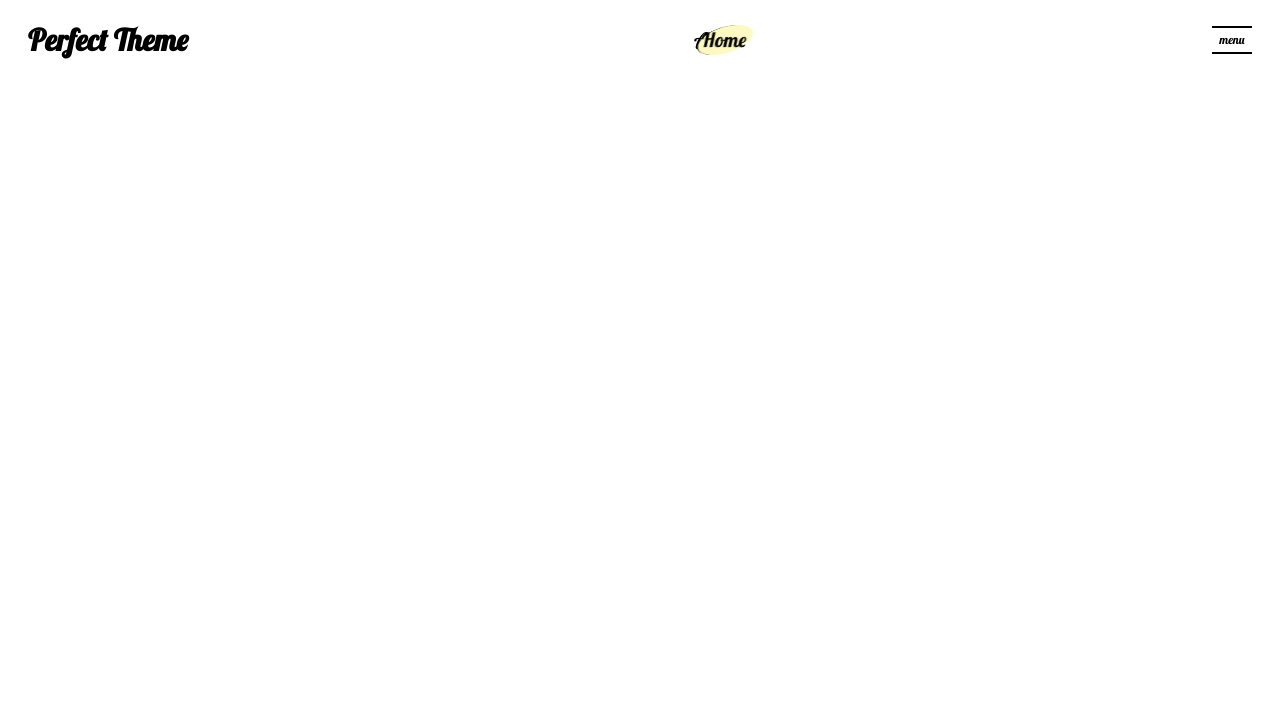
Repository: hsumyatm7308/laravel-blog
Page: blogweb/resources/views/blog/headerlayout.html
The author's editor kept a copy of each file at every save. The page is drawn from the files as they stood at one save, then again after the next save.
The browser window is 1280 px wide. The pictures show the whole page.
Some web libraries are served in a nearby version.

Above is the page before, as saved 2023-09-04 17:03:02.

### blogweb/resources/views/blog/headerlayout.html
<!DOCTYPE html>
<html>

<head>
    <title>@yield('title')</title>
    <script src="https://cdn.tailwindcss.com"></script>

</head>
<style>
    @import url('https://fonts.googleapis.com/css2?family=Lobster&display=swap');

    body {
        font-family: 'Lobster', cursive;
    }

    .container {
        width: 80%;
        height: auto;
        /* background-color: antiquewhite; */

        display: flex;
        justify-content: center;
        align-items: center;

        position: relative;


    }

    .navlabel {
        position: relative;
        /* background-color: aqua; */
    }

    .lictn {
        position: relative;
    }

    .skewtextctn,
    .skewtextctn2 {
        width: 50px;
        height: 30px;
        border-radius: 100%;
        border-left: 1px solid black;

        position: fixed;
        top: 25px;




        transform: skew(-40deg);

    }

    .skewtextctn {
        left: 700px;
    }

    .skewtextctn2 {
        left: 800px;
    }



    .article {
        position: fixed;
        left: 1px;

        top: 1px;
        transform: skew(40deg);

    }

    .skewtextctn:hover,
    .skewtextctn2:hover {
        transition: all .5s;
        background-color: rgb(51 65 85);
    }

    .skewtextctn:hover .article,
    .skewtextctn2:hover .article {
        color: #000;
    }
</style>

<body class="bg-[#ffff]">
    <nav class="w-[100vw] flex justify-center items-center">
        <h1 class="text-3xl font-semibold">Perfect Theme</h1>

        <div class="w-[80%] h-20 flex justify-center items-center container">
            <div class="flex justify-between items-center list-none navlabel">
                <li class="p-5 mr-4 lictn">
                    <div class="bg-yellow-100 skewtextctn">
                        <a href="" class="text-xl text-black article">Home</a>
                    </div>
                </li>

                <li class="p-5 mr-4">
                    <div class=" active">
                        <a href="" class="text-xl text-black ">Article</a>
                    </div>
                </li>
            </div>


        </div>

        <div class=" menu ">
            <span class="text-xs flex justify-center items-center flex-col">
                <div class="w-10 h-[2px] bg-black"></div>
                <span class="p-1 hover:self-end hover:text-yellow-500"> menu</span>
                <div class="w-10 h-[2px] bg-black font-semibold"></div>
            </span>
        </div>
    </nav>



    <div class="menu-modal">
        <div class="">

        </div>

    </div>


    <script>
        var menu = document.querySelector('.menu');
        menu.addEventListener('click',function(){

        })
    </script>
</body>

</html>

After the next save:
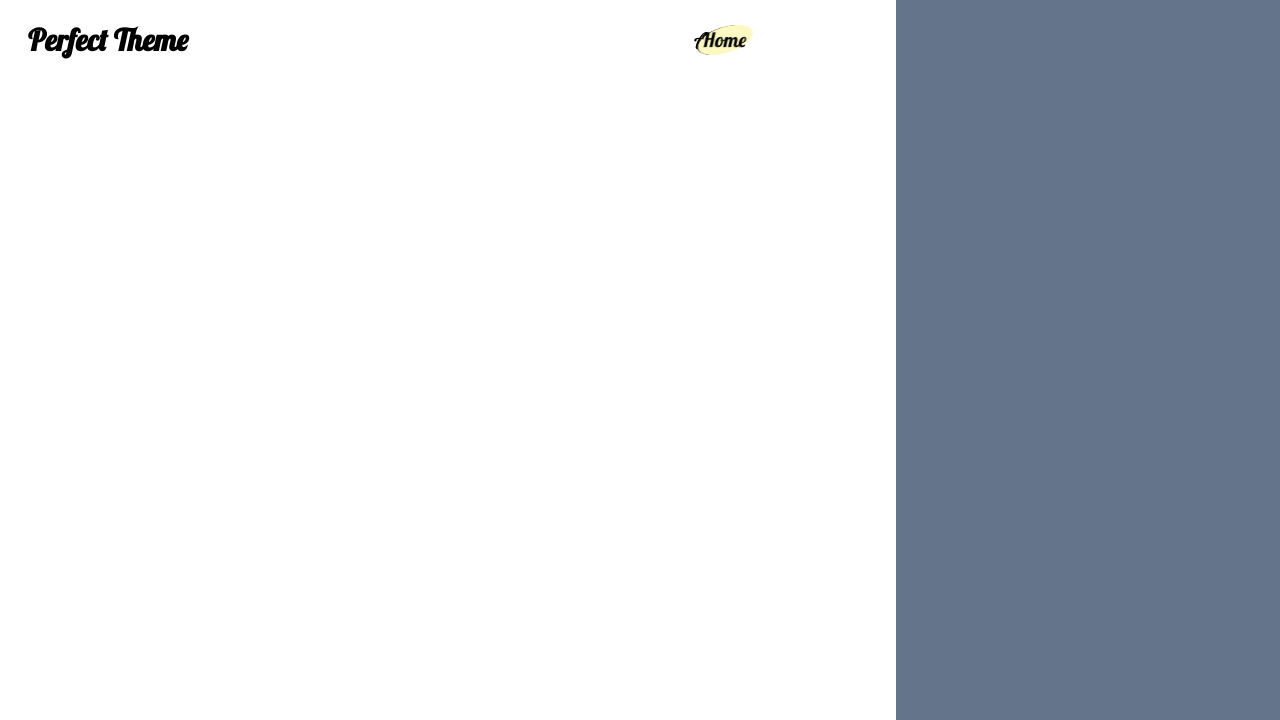
Saved 29 s later.
--- a/blogweb/resources/views/blog/headerlayout.html
+++ b/blogweb/resources/views/blog/headerlayout.html
@@ -118,7 +118,7 @@
 
 
     <div class="menu-modal">
-        <div class="">
+        <div class="w-96 h-[100vh] bg-slate-500 absolute right-0 top-0">
 
         </div>
 

After the save that followed:
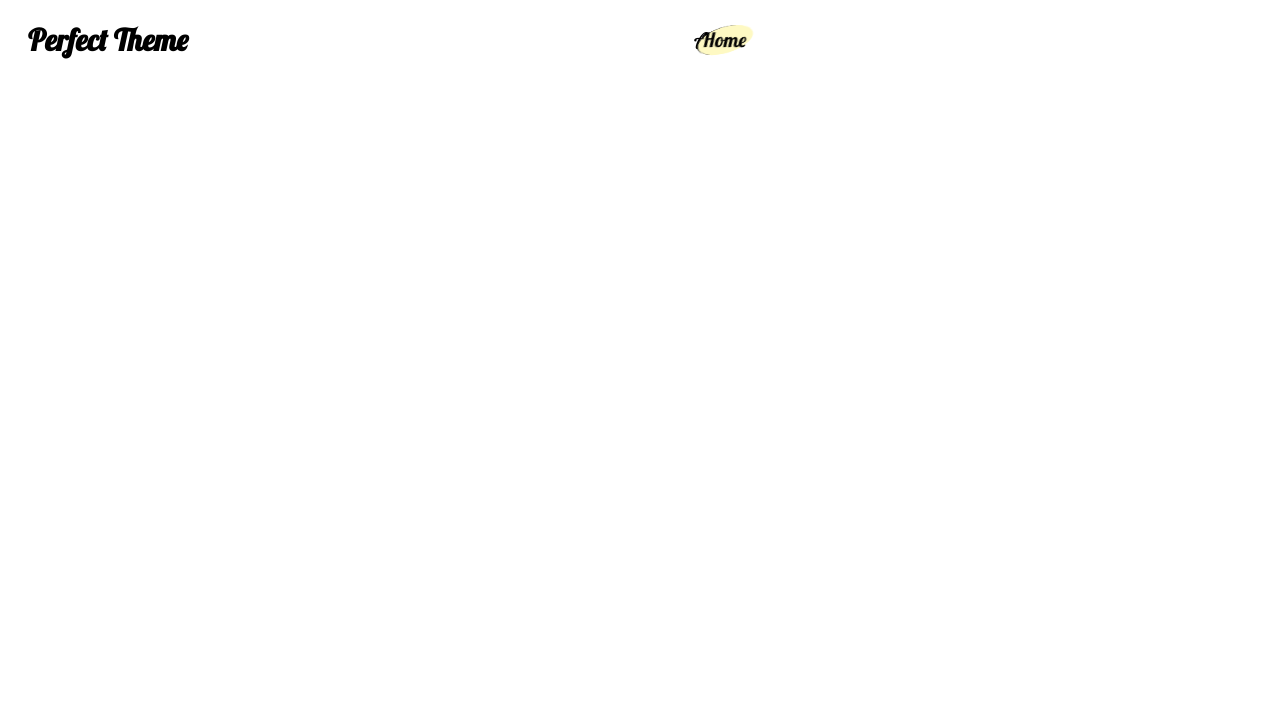
Saved 23 s later.
--- a/blogweb/resources/views/blog/headerlayout.html
+++ b/blogweb/resources/views/blog/headerlayout.html
@@ -118,7 +118,7 @@
 
 
     <div class="menu-modal">
-        <div class="w-96 h-[100vh] bg-slate-500 absolute right-0 top-0">
+        <div class="w-96 h-[100vh] bg-white absolute right-0 top-0">
 
         </div>
 
